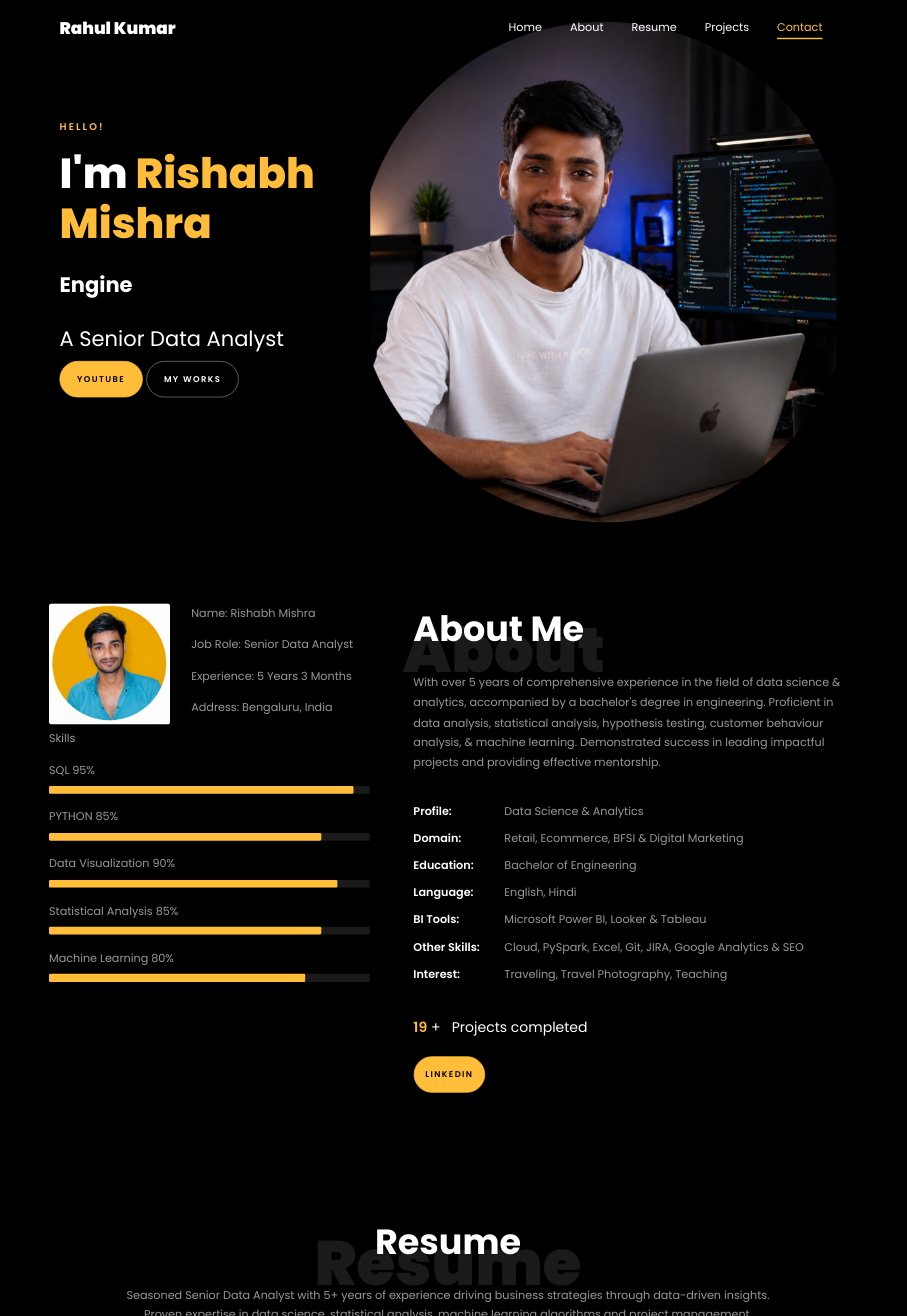
Repository: Rahul70079/Rahul-Kumar-Portfolio
Page: Portfolio/index.html
The author's editor kept a copy of each file at every save. The page is drawn from the files as they stood at one save, then again after a run of saves.
The browser window is 1280 px wide. The page is 1295 px wide, so the pictures cover 1295 px, including what lies to the right of the window. The pictures show the part of the page from y = 0 to 1880 px (the page is 6242 px tall), at 70% of full size.

Above is the page before, as saved 2026-06-12 12:36:49.
Console error (its wording comes from the project's code and is left out).

After the next 2 saves:
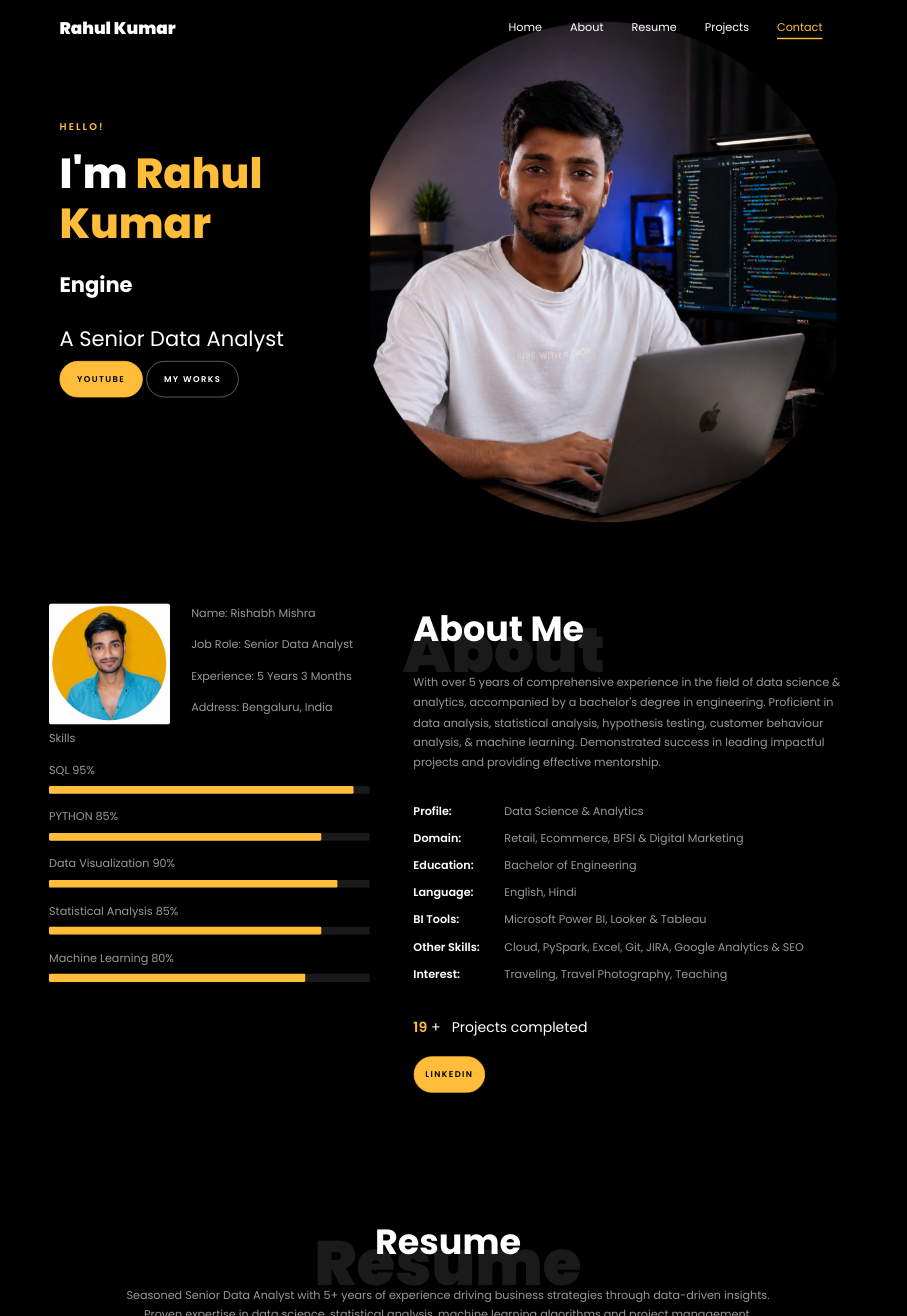
The 2 saves are shown as one change because they came seconds apart.
The last was saved 28 s later.
--- a/Portfolio/index.html
+++ b/Portfolio/index.html
@@ -147,7 +147,7 @@
 		          <div class="one-forth d-flex  align-items-center ftco-animate" data-scrollax=" properties: { translateY: '70%' }">
 		          	<div class="text">
 		          		<span class="subheading">Hello!</span>
-			            <h1 class="mb-4 mt-3">I'm <span>Rishabh Mishra</span></h1>
+			            <h1 class="mb-4 mt-3">I'm <span>Rahul Kumar</span></h1>
 
 						<!-- Element to contain animated typing -->
 						<span id="typing-animation"></span>
